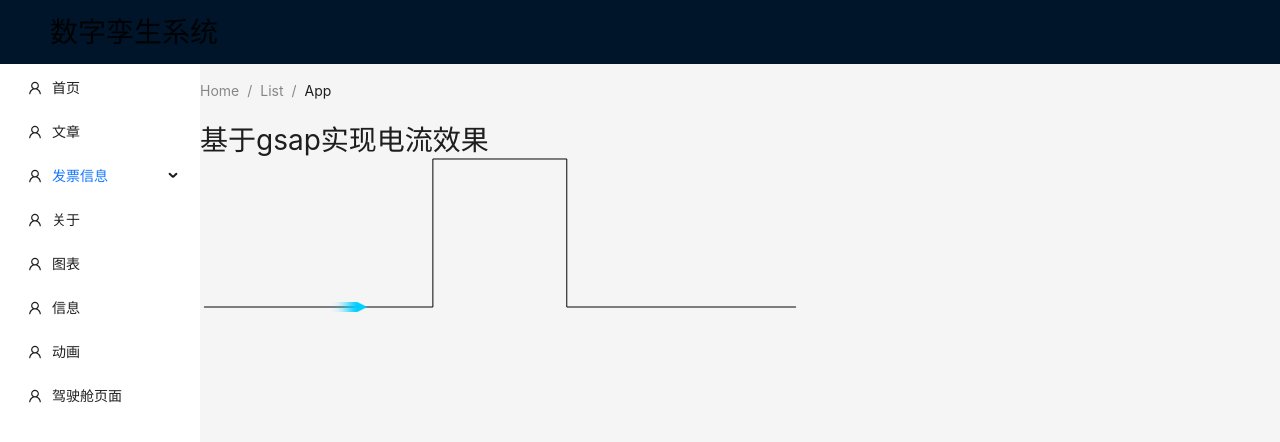
Repository: HailiePan/webpack-react-practice
Page: /animation
The author's editor kept a copy of each file at every save. The page is drawn from the files as they stood at one save, then again after the next save.
The browser window is 1280 px wide. The pictures show the whole page.
The project was rebuilt for these pictures with package versions that can differ from the ones it lists, and the page was loaded fresh each time. Also part of the build but not shown: src/pages/Animation/component/ScrollAnimation/index.jsx, src/pages/Home.jsx, src/pages/Invoices/index.jsx, src/pages/Invoices/Invoice.jsx, src/pages/Invoices/Pending.jsx, src/pages/Invoices/Complete.jsx, src/components/CommonBox/index.less, src/components/CommonBox/index.jsx and 27 more.

Above is the page before, as saved 2024-01-24 17:07:47.

### index.html
<!--
 * Author  hailie.pan
 * Date  2023-10-08 16:03:03
 * LastEditors  hailie.pan
 * LastEditTime  2023-10-08 16:03:04
 * Description  file content
-->
<!--
 * Author  hailie.pan
 * Date  2023-10-07 17:34:05
 * LastEditors  hailie.pan
 * LastEditTime  2023-10-07 17:34:06
 * Description  file content
-->
<!DOCTYPE html>
<html lang="en">
  <head>
    <meta charset="UTF-8" />
    <meta http-equiv="X-UA-Compatible" content="IE=edge" />
    <meta name="viewport" content="width=device-width, initial-scale=1.0" />
    <title>Document</title>
  </head>
  <body>
    <div id="app"></div>
  </body>
</html>

### src/index.jsx
/*
 * Author  hailie.pan
 * Date  2023-10-07 17:16:58
 * LastEditors  hailie.pan
 * LastEditTime  2023-10-24 17:39:40
 * Description  file content
 */
import React, { StrictMode } from "react";
import * as ReactDOM from "react-dom/client";
import { BrowserRouter, useRoutes } from "react-router-dom";
import { routes } from "@/router";
const App = () => {
  return useRoutes(routes);
};
const root = ReactDOM.createRoot(document.getElementById("app"));
// v18 的新方法
root.render(
  <StrictMode>
    <BrowserRouter>
      <App />
    </BrowserRouter>
  </StrictMode>
);

// BrowserRouter下直接渲染useRoutes,routes里配置好路径对应的组件
// 然后就会显示路径对应的组件
// useRoutes(routes)必须在函数里写着

### src/router/index.js
/*
 * @Author: Hailie.Pan
 * @Date: 2023-11-28 10:30:45
 * @LastEditors: Hailie.Pan
 * @LastEditTime: 2024-01-11 10:41:08
 * @Description:
 */
/*
 * Author  hailie.pan
 * Date  2023-10-13 17:13:27
 * LastEditors  hailie.pan
 * LastEditTime  2023-11-28 10:30:45
 * Description  file content
 */
import React from "react";
import { useRoutes } from "react-router-dom";

import BaseLayout from "@/BaseLayout";

import Home from "@/pages/Home";
import Invoices from "@/pages/Invoices";
import Invoice from "@/pages/Invoices/Invoice";
import Pending from "@/pages/Invoices/Pending";
import Complete from "@/pages/Invoices/Complete";
import About from "@/pages/About";
import Article from "@/pages/Article";
import ControlRoomFirstPage from "@/pages/ControlRoomFirstPage";
import Chart from "@/pages/Chart";
import Info from "@/pages/Info";
import Animation from '@/pages/Animation'

const routes = [
  {
    path: "/",
    element: <BaseLayout />,
    name: "一级场景",
    children: [
      { path: "/home", element: <Home />, name: "首页" },
      { path: "/article", element: <Article />, name: "文章" },
      {
        // path: "/invoices",
        // element: <Invoices />,
        name: "发票信息",
        children: [
          {
            path: "/invoices/invoicesDetail/:id",
            element: <Invoice />,
            name: "发票1详情",
          },
          {
            path: "/invoices/pending",
            element: <Pending />,
            name: "发票2详情",
          },
          {
            path: "/invoices/complete",
            element: <Complete />,
            name: "发票3详情",
          },
        ],
      },

      {
        path: "/about",
        element: <About />,
        name: "关于",
      },
      {
        path: "/chart",
        element: <Chart />,
        name: "图表",
      },
      {
        path: "/info",
        element: <Info />,
        name: "信息",
      },
      {
        path: "/animation",
        element: <Animation />,
        name: "动画",
      },
    ],
  },
  {
    path: "/controlRoomFirstPage",
    element: <ControlRoomFirstPage />,
    name: "驾驶舱页面",
  },
];

export { routes };

### src/BaseLayout/index.jsx
/*
 * Author  hailie.pan
 * Date  2023-10-13 17:28:32
 * LastEditors  hailie.pan
 * LastEditTime  2023-12-04 10:37:50
 * Description  file content
 */

import React, {useEffect, useCallback, useState, useMemo } from 'react';
import { LaptopOutlined, NotificationOutlined, UserOutlined } from '@ant-design/icons';
import { Breadcrumb, Layout, Menu, theme } from 'antd';
import { Link, NavLink, useRoutes, Navigate, Outlet } from 'react-router-dom';
import { gsap } from "gsap";
import { ScrollTrigger } from 'gsap/ScrollTrigger.js'
import { routes } from '@/router';
import StateContext from './data.js';
import styles from './index.less';
import ScrollAnimation from '@/pages/Animation/component/ScrollAnimation'
const { Header, Content, Sider } = Layout;

export default function BaseLayout() {
  // console.log("routes", routes);
  const [selectedMenuKeys, setSelectedMenuKeys] = useState([]);

  // useMemo缓存菜单的计算方法，避免每次刷新时都计算一遍
  // 这个菜单的算法还是不太优美，不好维护
  let showMenu = useMemo(
    () =>
      routes
        .map((item, index) => {
          if (item.children) {
            const arr2 = item.children.map((c, cIndex) => {
              return {
                key: cIndex,
                icon: React.createElement(UserOutlined),
                name: c.name,
                label: (
                  <NavLink to={c.path} state={'From App'}>
                    {c.name}
                  </NavLink>
                ),
                children: c?.children?.map((t, tIndex) => ({
                  key: `${cIndex}-${tIndex}`,
                  icon: React.createElement(UserOutlined),
                  name: t.name,
                  label: <NavLink to={t.path}>{t.name}</NavLink>
                }))
              };
            });
            return arr2;
          } else {
            return {
              key: 'dandu' + index,
              icon: React.createElement(UserOutlined),
              name: item.name,
              label: (
                <NavLink to={item.path} state={'From App'}>
                  {item.name}
                </NavLink>
              )
            };
          }
        })
        .flat(), // arr2是个数组，放到showMenu数组里需要拉平
    []
  );
  showMenu.flat();
  // console.log("showMenu", showMenu);

  const menuArr = [
    {
      key: 0,
      icon: React.createElement(UserOutlined),
      label: (
        <NavLink to="/home" state={'From App'}>
          首页
        </NavLink>
      )
    },

    {
      key: 1,
      icon: React.createElement(LaptopOutlined),
      label: <NavLink to="invoices">发票信息</NavLink>,
      children: [
        {
          key: '1-0',
          label: <NavLink to="/invoices/invoicesDetail/1?a=a&b=b">发票1详情页</NavLink>
        },
        {
          key: '1-1',
          label: <NavLink to="/invoices/pending?fromPage=菜单点击">发票2详情页</NavLink>
        },
        {
          key: '1-2',
          label: (
            <NavLink to="/invoices/complete" state={'左侧菜单点击'}>
              发票3详情页
            </NavLink>
          )
        }
      ]
    },
    {
      key: 2,
      icon: React.createElement(NotificationOutlined),
      label: <NavLink to="about">关于</NavLink>
    },
    {
      key: 3,
      icon: React.createElement(NotificationOutlined),
      label: <NavLink to="controlRoomFirstPage">驾驶舱页面</NavLink>
    },
    {
      key: 4,
      icon: React.createElement(LaptopOutlined),
      label: <NavLink to="article">文章</NavLink>
    }
  ];

  const onSelectMenu = ({ item, key, keyPath, selectedKeys, domEvent }) => {
    setSelectedMenuKeys([key]);
  };

  const [state, setState] = useState('playing');

  // useEffect(()=>{
  //   gsap.registerPlugin(ScrollTrigger)
  //     // 绿色方块
  //     gsap.to("#ewrwer", {
  //       rotation: 900,
  //       x:400,
  //       duration: 1,
  //       scrollTrigger: {
  //         trigger: '#ewrwer', // 动画的元素
  //         scroller: document.getElementById('21321'), // 滚动的元素
  //         scrub: 2,
  //         markers: true,
  //       },

  //     });
  // },[])

  return (
    <Layout className={styles.layoutWrap}>
{/*
      <div className={styles.box} id='21321'>
        <div className={styles.green} id='ewrwer'></div>
        <div style={{height:'1000px'}} />
      </div> */}

      {/* <ScrollAnimation /> */}


      <Header className={styles.header}>
        <div className={styles.logo} />

        <h1>数字孪生系统</h1>
      </Header>

      <Layout>
        <Sider className={styles.sider}>
          <Menu
            mode="inline"
            // defaultSelectedKeys={["0"]}
            // defaultOpenKeys={["sub1"]}
            style={{
              height: '100%',
              borderRight: 0
            }}
            items={showMenu}
            selectedKeys={selectedMenuKeys}
            onSelect={onSelectMenu}
          />
        </Sider>

        <Layout className={styles.rightLayout}>
          <Breadcrumb
            style={{
              margin: '16px 0'
            }}
          >
            <Breadcrumb.Item>Home</Breadcrumb.Item>
            <Breadcrumb.Item>List</Breadcrumb.Item>
            <Breadcrumb.Item>App</Breadcrumb.Item>
          </Breadcrumb>

          <StateContext.Provider value={{ state, setState }}>
            <Content className={styles.content} id='content'>
              <Outlet />
            </Content>
          </StateContext.Provider>
        </Layout>
      </Layout>
    </Layout>
  );
}

### src/pages/Animation/index.jsx
/*
 * @Author: Hailie.Pan
 * @Date: 2024-01-11 10:41:16
 * @LastEditors: Hailie.Pan
 * @LastEditTime: 2024-01-24 15:25:22
 * @Description:
 */
import React, { useRef, useEffect, useState } from 'react';
import { gsap } from 'gsap';
import { ScrollTrigger } from 'gsap/ScrollTrigger.js';
import MoveBox from './component/MoveBox';
import MoveOnPath from './component/MoveOnPath';
import CanvasDraw from './component/CanvasDraw';
import TimeLine from './component/TimeLine';
import ScrollAnimation from './component/ScrollAnimation';
import ScrollAnimation2 from './component/ScrollAnimation2';
import ImitateElectricity from './component/ImitateElectricity';
import DraggableCom from './component/DraggableCom';
import styles from './index.module.less';

export default function Animation() {
  let obj = { myNum: 10, myColor: 'red' };

  useEffect(() => {
    // stagger 依次执行动画
    // gsap.to([boxRef.current, boxRef2.current, boxRef3.current], {
    //   rotation: 360,
    //   stagger:1,
    //   duration:2
    // });

    gsap.to(obj, {
      myNum: 200,
      myColor: 'blue',
      onUpdate: () => {
        console.log('onUpdate', obj.myColor);
      },
      onComplete: () => console.log('onComplete', obj.myNum, obj.myColor)
    });
  }, []);

  return (
    <div className={styles.wrap}>
      {/* <MoveBox /> */}

      {/* 在canvas中驱动元素绘制 */}
      {/* <CanvasDraw /> */}

      {/* 时间线动画 stagger依次错开 */}
      {/* <TimeLine /> */}

      {/* 元素沿SVG路径移动 */}
      {/* <MoveOnPath /> */}

      {/* 把canvas的效果和gsap的效果放在一起对比 */}
      {/* 模拟电流效果 */}
      <ImitateElectricity />

      {/* 滚动动画 */}
      {/* <ScrollAnimation /> */}

      {/* 滚动动画 */}
      {/* <ScrollAnimation2 /> */}

      {/* 可拖拽 */}
      {/* <DraggableCom /> */}
    </div>
  );
}

### src/BaseLayout/data.js
/*
 * Author  hailie.pan
 * Date  2023-11-28 10:20:25
 * LastEditors  hailie.pan
 * LastEditTime  2023-11-28 10:26:27
 * Description  file content
 */
import { createContext } from "react";

const StateContext = createContext({});

export default StateContext;

### src/BaseLayout/index.less
body {
  margin: 0;
  // height: 200vh;
}


.layoutWrap {
  height: 100vh;
  overflow-y: auto;
}

.box{
  height: 200px;
  overflow-y: auto;
  // border: 1px solid rgb(239, 200, 151);
}
.green{
  width: 50px;
  height: 50px;
  background-color: green;
  border-radius: 4px;
  margin: 0 auto;
  position: fixed;
  top: 50%;
  left: 50%;
}
.header {
  display: flex;
  align-items: center;

  .logo {
    width: 100px;
    height: 40px;
    background: rgba(255, 255, 255, 0.5);
    margin-right: 20px;
  }
  h1 {
    color: #fff;
    padding: 0;
    margin: 0;
  }
}
@colorBgContainer: #fff;
.sider {
  width: 200;
  background: @colorBgContainer;
}
.rightLayout {
  padding: 0 24px 24px;
}

.content {
  padding: 24px;
  margin: 0;
  min-height: 280px;
  background: @colorBgContainer;
  // border: 1px solid green; // 高度没有被页面的高度撑开
  // height: auto;
  overflow-y: scroll;
}

### src/pages/home.less
@color: rgb(248, 157, 39);

@font-face {
  font-family: "DIN";
  src: url("@/assets/fonts/庞门正道标题体2.0增强版.ttf");
  font-style: normal;
  font-weight: normal;
}
.wrapper {
  font-weight: 700;
  color: #333;

  ul {
    color: @color;
    // list-style-type: none;
  }
  .fontStyle {
    font-family: "DIN";
  }

  .box {
    height: 500px;
    margin-top: 20px;
    display: flex;
    .item {
      flex-shrink: 1; //属性定义了项目的缩小比例，默认为1，即如果空间不足，该项目将缩小
      flex-grow: 1; // 定义项目的放大比例，默认为0，即如果存在剩余空间，也不放大
      width: 300px;
      background-color: #fce09e;
      border: 1px solid rgb(255, 162, 0);
    }
  }
  .showImg {
    display: flex;
    img {
      width: 100px;
      height: 100px;
      margin-top: 10px;
      display: block;
    }
  }
}

### src/pages/Animation/component/ImitateElectricity/index.jsx
/*
 * @Author: Hailie.Pan
 * @Date: 2024-01-16 22:18:53
 * @LastEditors: Hailie.Pan
 * @LastEditTime: 2024-01-24 17:07:32
 * @Description:
 */
import React, { useEffect, useRef } from 'react';
import { gsap } from 'gsap';
import { MotionPathPlugin, MotionPathHelper } from 'gsap/all';
import { Button } from 'antd';
import styles from './index.module.less';

export default function ImitateElectricity() {
  const jiantou = useRef();
  const jiantou2 = useRef();

  // 注册插件
  gsap.registerPlugin(MotionPathPlugin);

  useEffect(() => {
    const tl = gsap.timeline({ repeat: -1 });
    gsap.set([jiantou.current, jiantou2.current], { scale: 0.5, autoAlpha: 1 });
    gsap.set([jiantou2.current], { opacity: 0 });

    tl.to([jiantou.current], {
      duration: 8,
      ease: 'none',
      immediateRender: true,
      motionPath: {
        path: '#xianlu', // 路径
        align: '#xianlu', // 对齐到路径
        alignOrigin: [0.5, 0.5], // 对齐原点
        autoRotate: 90, // 沿路径方向旋转角度
        end: 0.24
      }
    });
    tl.to([jiantou.current], {
      duration: 0.1,
      opacity: 0
    });

    tl.to(
      [jiantou2.current],
      {
        duration: 0.1,
        opacity: 1
      },
      '<0.1'
    );

    tl.to([jiantou2.current], {
      duration: 1,
      ease: 'none',
      immediateRender: true,
      // stagger: 2, // 间隔时间
      motionPath: {
        path: '#xianlu', // 路径
        align: '#xianlu', // 对齐到路径
        alignOrigin: [0.5, 0.5], // 对齐原点
        autoRotate: 90, // 沿路径方向旋转角度
        start: 0.28,
        end: 0.41
      }
    });
    tl.to([jiantou2.current], {
      duration: 0.25,
      opacity: 0
    });

    tl.to([jiantou.current], {
      duration: 1,
      ease: 'none',
      immediateRender: true,
      // stagger: 2, // 间隔时间
      motionPath: {
        path: '#xianlu', // 路径
        align: '#xianlu', // 对齐到路径
        alignOrigin: [0.5, 0.5], // 对齐原点
        autoRotate: 90, // 沿路径方向旋转角度
        start: 0.42
        // end: 0.41
      }
    });

    // gsap.registerPlugin(MotionPathPlugin, MotionPathHelper)
  }, []);

  return (
    <div>
      <h1>基于gsap实现电流效果</h1>
      {/* svg路径必须是path */}
      <svg class={styles.motionPath} viewBox="0 0 600 152">
        <path fill="none" stroke="#000" d="m0,151h231.97V1h135.69v150h232.35" />
        <path
          id="xianlu"
          fill="none"
          stroke="none"
          d="m0,151h225.12c3.78,0,6.85-3.06,6.85-6.85V8.04c0-3.89,3.15-7.04,7.04-7.04h121.97c3.69,0,6.68,2.99,6.68,6.68v136.63c0,3.69,3,6.69,6.69,6.69h225.66"
        />
      </svg>

      <div className={styles.jiantou} ref={jiantou}></div>
      <div className={styles.jiantou} ref={jiantou2}></div>
    </div>
  );
}

### src/pages/Animation/component/ScrollAnimation/index.module.less

.wrap{
  border:1px solid red;
  height: 600px;
  background-color: #111;
  color: white;
  // overflow-x: hidden;
  overflow-y: scroll;
}
h1, h2 {
  margin: 0;
  font-weight: 400;
  max-width: none;
}
.headerSection{
  height: 400px;
  line-height: 400px;
  border: 1px solid rgb(255, 140, 0);
}

.comparisonSection {
  position: relative;
  padding-bottom: 56.25%; /* to maintain aspect ratio (responsive!) */
  border: 1px solid yellow;

  .comparisonImage {
    width: 100%;
    height: 100%;

    img {
      width: 100%;
      height: 100%;
      position: absolute;
      top: 0;
    }
  }

  .afterImage {
    position: absolute;
    overflow: hidden;
    top: 0;
    transform: translate(100%, 0px);
    img {
      transform: translate(-100%, 0px);
    }
  }
}

### src/pages/Animation/component/ImitateElectricity/index.module.less
.motionPath {
  overflow: visible;
  width: 600px;
  height: 150px;
}

.jiantou {
  width: 20px;
  height: 77px;
  background: url('./assets/jiantou2.png');
}

After the next save:
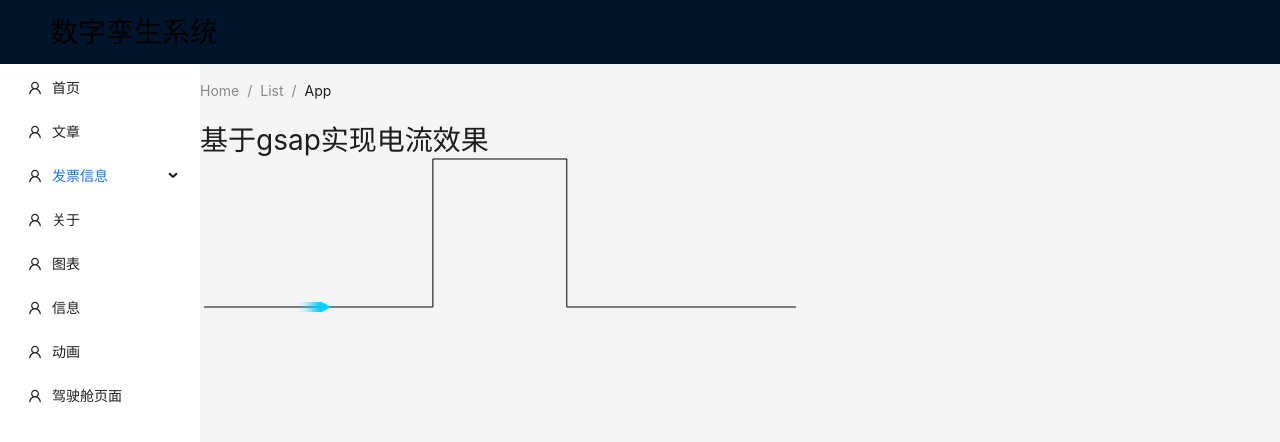
Saved 10 s later.
--- a/src/pages/Animation/component/ImitateElectricity/index.jsx
+++ b/src/pages/Animation/component/ImitateElectricity/index.jsx
@@ -24,7 +24,7 @@ export default function ImitateElectricity() {
     gsap.set([jiantou2.current], { opacity: 0 });
 
     tl.to([jiantou.current], {
-      duration: 8,
+      duration: 2,
       ease: 'none',
       immediateRender: true,
       motionPath: {
